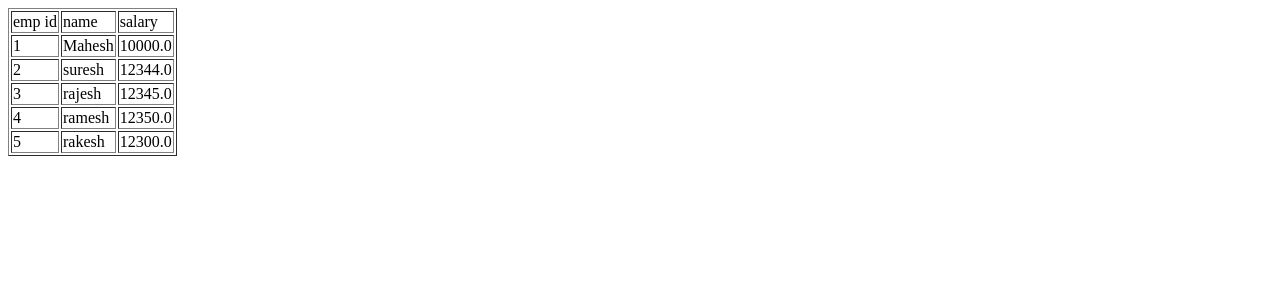
Repository: RMVLajaykumar/monojavaee
Page: http://localhost/06-jsp-jstl-demo/jstl-employee-foreach.jsp
The author's editor kept a copy of each file at every save. The page is drawn from the files as they stood at one save, then again after the next save.
The browser window is 1280 px wide. The pictures show the whole page.
The page is served by Tomcat 9.

Above is the page before, as saved 2024-07-15 10:18:43.

### 06-jsp-jstl-demo/WebContent/jstl-employee-foreach.jsp
<%@ page language="java" contentType="text/html; charset=ISO-8859-1"
	pageEncoding="ISO-8859-1"%>
<%@ page
	import="java.util.List,java.util.ArrayList,com.monocept.model.Employee"%>
<%@ taglib uri="http://java.sun.com/jsp/jstl/core" prefix="c"%>
<%@ taglib uri="http://java.sun.com/jsp/jstl/functions" prefix="fn"%>
<!DOCTYPE html>
<html>
<head>
<meta charset="ISO-8859-1">
<title>Insert title here</title>
</head>
<body>
	<%
		List<Employee> employees = new ArrayList<>();
	employees.add(new Employee(1, "Mahesh", 10000));
	employees.add(new Employee(2, "suresh", 12344));
	employees.add(new Employee(3, "rajesh", 12345));
	employees.add(new Employee(4, "ramesh", 12350));
	employees.add(new Employee(5, "rakesh", 12300));
	pageContext.setAttribute("theemployees", employees);
	%>

	<table border=1>
		<tr>
			<td>emp id</td>
			<td>name</td>
			<td>salary</td>
		</tr>
		<c:forEach var="emp" items="${theemployees}">
			<tr>
				<td>${emp.id}</td>
				<td>${emp.name}</td>
				<td>${emp.salary}</td>
			</tr>

		</c:forEach>



	</table>


</body>
</html>

### 06-jsp-jstl-demo/src/com/monocept/model/Employee.java
package com.monocept.model;

public class Employee {

	private int id;
	private String name;
	private double salary;
	public Employee(int id, String name, double salary) {
		super();
		this.id = id;
		this.name = name;
		this.salary = salary;
	}
	public int getId() {
		return id;
	}
	public void setId(int id) {
		this.id = id;
	}
	public String getName() {
		return name;
	}
	public void setName(String name) {
		this.name = name;
	}
	public double getSalary() {
		return salary;
	}
	public void setSalary(double salary) {
		this.salary = salary;
	}


}

After the next save:
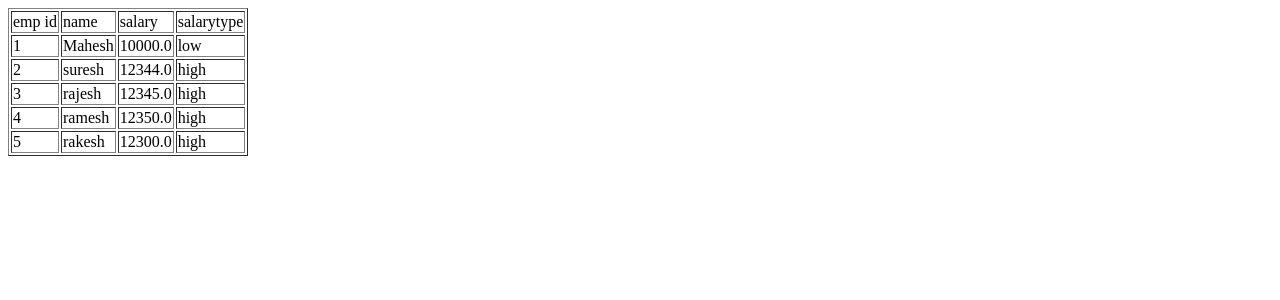
Saved 3 min 10 s later.
--- a/06-jsp-jstl-demo/WebContent/jstl-employee-foreach.jsp
+++ b/06-jsp-jstl-demo/WebContent/jstl-employee-foreach.jsp
@@ -26,12 +26,21 @@
 			<td>emp id</td>
 			<td>name</td>
 			<td>salary</td>
+			<td>salarytype</td>
 		</tr>
 		<c:forEach var="emp" items="${theemployees}">
 			<tr>
 				<td>${emp.id}</td>
 				<td>${emp.name}</td>
 				<td>${emp.salary}</td>
+				<td>
+				<c:if test="${emp.salary>10000}">
+                  high
+                 </c:if>
+                 <c:if test="${emp.salary<=10000}">
+                  low
+                 </c:if>
+                 </td>
 			</tr>
 
 		</c:forEach>
